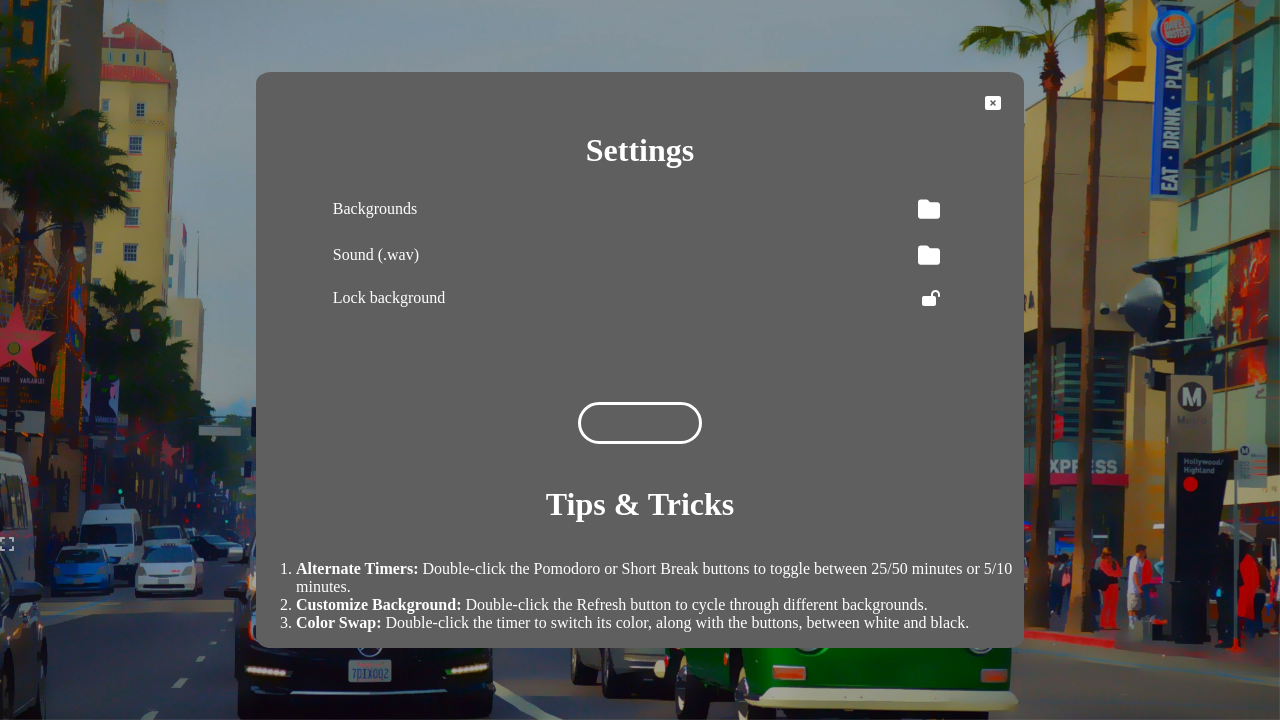
Repository: ttommytan/pomodoro
Page: /, after clicking the first element matching `svg.fa-gear`
An editor plug-in stored every save of this project. The page is shown before and after the next save, followed by the edit.
The browser window is 1280 px wide. The pictures show the whole page.
The project was rebuilt for these pictures with package versions that can differ from the ones it lists, and the page was loaded fresh each time. Also part of the build but not shown: vite.config.js, src/components/Test.jsx, src/components/SliderComponent.jsx. Imported but missing from the stored project, and not drawn on this page: src/assets/chime.wav.

Above is the page before, as saved 2024-08-27 17:16:28.

### index.html
<!doctype html>
<html lang="en">
  <head>
    <meta charset="UTF-8" />
    <link rel="icon" type="image/svg+xml" href="/vite.svg" />
    <meta name="viewport" content="width=device-width, initial-scale=1.0" />
    <title>Pomodoro Timer</title>
    <link rel="preconnect" href="https://fonts.googleapis.com">
    <link rel="preconnect" href="https://fonts.gstatic.com" crossorigin>
    <link href="https://fonts.googleapis.com/css2?family=Space+Grotesk:wght@300..700&display=swap" rel="stylesheet">
  </head>
  <body>
    <div id="root"></div>

    <script type="module" src="/src/main.jsx"></script>
  </body>
</html>

### src/App.jsx
import { useState } from 'react'
import Test from './components/Test'
import Countdown from './components/Countdown'
import SliderComponent from './components/SliderComponent'

function App() {
  const [count, setCount] = useState(0)

  return (
    <>

    <div className=''>
        <Countdown givenTime={1500}/>
    </div>
    </>
  )
}

export default App

### src/index.css
.big-container {
  top: 0;
  left: 0;
  width: 100%;
  height: 100%;
  position: absolute;
  display: grid;
  overflow: hidden;
  margin: 0;
  padding: 0;
  background-size: cover;
  background-repeat: no-repeat;
  background-attachment: fixed;
  background-position: center;

  grid-template-areas: "top-left top-mid top-right"
                       "mid-left mid-mid mid-right"
                       "bot-left bot-mid bot-right";
}

.containers-top-left, .containers-top-mid, .containers-top-right,
.containers-mid-left, .containers-mid-mid, .containers-mid-right,
.containers-bot-left, .containers-bot-mid, .containers-bot-right {
  width:500px;
  height: 300px;
  font-family: "Space Grotesk", sans-serif;
  font-weight: 400;
  display: flex;
  flex-direction: column;
  justify-content: space-evenly;
  align-items: center;
  position: absolute;
  top: 50%;
  left: 50%;
  transform: translate(-50%, -50%);
  padding: 10px;
  user-select: none;
  -moz-user-select: none;
  -khtml-user-select: none;
  -webkit-user-select: none;
  -o-user-select: none;
  z-index: 2;
}

.containers-top-left:hover, .containers-top-mid:hover, .containers-top-right:hover,
.containers-mid-left:hover, .containers-mid-mid:hover, .containers-mid-right:hover,
.containers-bot-left:hover, .containers-bot-mid:hover, .containers-bot-right:hover
{
  cursor: pointer;
}
.containers-top-left{
  grid-area: top-left;
  padding-top: 10%;
}
.containers-top-mid {
  grid-area: top-mid;
  padding-top: 10%;
}
.containers-top-right {
  grid-area: top-right;
  padding-top: 10%;
}

.containers-mid-left {
  grid-area: mid-left;
}
.containers-mid-mid {
  grid-area: mid-mid;
}
.containers-mid-right {
  grid-area: mid-right;
}


.containers-bot-left {
  grid-area: bot-left;
  padding-bottom: 10%;
}
.containers-bot-mid {
  grid-area: bot-mid;
  padding-bottom: 10%;
}
.containers-bot-right {
  grid-area: bot-right;
  padding-bottom: 10%;
}

.top-left, .top-mid, .top-right,
.mid-left, .mid-mid, .mid-right,
.bot-left, .bot-mid, .bot-right{
  height: 50%;
  width: 50%;
  margin:auto;
  border-radius: 20%;
  border: rgba(255, 255, 255, 0.637) .3em solid;
  opacity: 0;
  background-color: rgba(0, 0, 0, 0);
}

.top-left:hover, .top-mid:hover, .top-right:hover,
.mid-left:hover, .mid-mid:hover, .mid-right:hover,
.bot-left:hover, .bot-mid:hover, .bot-right:hover{
  opacity: 1;
}

.top-leftblack, .top-midblack, .top-rightblack,
.mid-leftblack, .mid-midblack, .mid-rightblack,
.bot-leftblack, .bot-midblack, .bot-rightblack{
  height: 50%;
  width: 50%;
  margin:auto;
  border-radius: 20%;
  border: rgba(0, 0, 0, 0.637) .3em solid;
  opacity: 0;
  background-color: rgba(0, 0, 0, 0);
}

.top-leftblack:hover, .top-midblack:hover, .top-rightblack:hover,
.mid-leftblack:hover, .mid-midblack:hover, .mid-rightblack:hover,
.bot-leftblack:hover, .bot-midblack:hover, .bot-rightblack:hover{
  opacity: 1;
}

.top-left {grid-area: top-left;}
.top-mid {grid-area: top-mid;}
.top-right {grid-area: top-right;}

.mid-left {grid-area: mid-left;}
.mid-mid {grid-area: mid-mid;}
.mid-right {grid-area: mid-right;}

.bot-left {grid-area: bot-left;}
.bot-mid {grid-area: bot-mid;}
.bot-right {grid-area: bot-right;}





.inner-element {
  font-size: 80px;
  flex-wrap: wrap;
  text-align: center;
  margin:0;

}


.time {
  margin: 0;
  color: white;
}

.timeblack {
  margin: 0;
  color: black;
}


.buttons, .buttonsactive, .pause-button {
  margin: 0 5px; /* Add some space between buttons */
  cursor: pointer;
  color: white;
  border-radius: 30px;
  width: 124px;
  height: 42px;
  font-size: 18px;
  box-shadow: none;
  border: solid white;
  background-color: rgba(255, 255, 255, 0);
  font-weight: 600;

}

.buttonsactive{
  background-color: white;
  color: black;
}
.buttons:hover{
  background-color: white;
  color: black
}
.pause-button:hover{
  background-color: rgba(255, 255, 255, 0);
  color: white;
}

.buttonsblack, .buttonsactiveblack, .pause-buttonblack {
  margin: 0 5px; /* Add some space between buttons */
  cursor: pointer;
  color: black;
  border-radius: 30px;
  width: 124px;
  height: 42px;
  font-size: 18px;
  box-shadow: none;
  border: solid black;
  background-color: rgba(255, 255, 255, 0);
  font-weight: 600;

}
.buttonsactiveblack{
  background-color: black;
  color: white;
}
.buttonsblack:hover{
  background-color: black;
  color: white
}

.pause-buttonblack:hover{
  background-color: rgba(255, 255, 255, 0);
  color: black;
}

.pause-button {
  width: 100px;
  background-color: white;
  color: black
}

.pause-buttonblack {
  width: 100px;
  background-color: black;
  color: white
}


.bg-img{
  width: 100%;
  height: 100%;
  display: block;
}


.top-buttons {
  transition: opacity .8s ease-in-out;
  opacity: 1;
  display: flex;
  align-items: center;
  gap: 10px;
}

.top-buttonshide {
  opacity: 0;
  transition: opacity .8s ease-in-out;
}




.slider-container {
  max-width: 600px;
  margin: auto;
}

.slide {
  padding: 20px;
  font-size: 18px;
  text-align: center;
}

.slick-dots li button:before {
  font-size: 12px;
  color: blue; /* Change this to the color you prefer */
}

.slick-dots li.slick-active button:before {
  color: red !important; /* Change this to the color you prefer */
}

.slick-prev:before,
.slick-next:before {
  color: black; /* Change this to the color you prefer */
}

.top-right{
  position: relative;
}

.settings{
  width: 40px;
  height: 40px;
  z-index: 1;
}

.outer-popup{
  position: fixed;
  top: 0;
  left: 0;
  width: 100%;
  height: 100vh;
  display: flex;
  justify-content: center;
  align-items: center;
  background-color: rgba(0, 0, 0, 0.332);
  z-index: 1000;
}

.inner-popup {
  background-color: rgb(96, 95, 95);
  width: 60%;
  height: 80%;
  display: flex;
  flex-direction: column;
  align-items: center;
  border-radius: 2%;
  z-index: 1001;
  color: white;
  ba
}

.exit{
  margin-top: 3%;
  margin-right: 3%;
  align-self: flex-end;
}
.settings-elements{
  width: 80%;
  display: flex;
  flex-direction: column;
  gap: 10px;

}
.settings-element{
  display: flex;
  align-items: center;
  justify-content: space-between;

}

.actual-btn {
  display: flex;
  flex-wrap: wrap;


  color: white;
  border-radius: 0.3rem;
  cursor: pointer;
  margin: 7px;
  justify-content: center;
  align-items: center;

}
.notification{
  position: absolute;
  bottom: 0;
  left: 0;
  background-color: white;
  padding: 1% 3%;;
  font-size: 18px;
  border-radius: 5px;
  margin-bottom: 1%;
  margin-left: 1%;
}

.icon-folder{
  width: 22px;
  height: 22px;
}
.save-container{
  flex:1;
  display: flex;
  flex-direction: column;
  justify-content:end;
}

.save{
  color: rgb(96, 95, 95);
  margin-bottom: 15%;
}
.save:hover, .exit:hover{
  cursor: pointer;
}
.refresh{
  width: 40px;
  height: 40px;
}

Loaded but not shown: src/main.jsx (common file); src/components/Countdown.jsx (615 lines, source omitted)

After the next save:
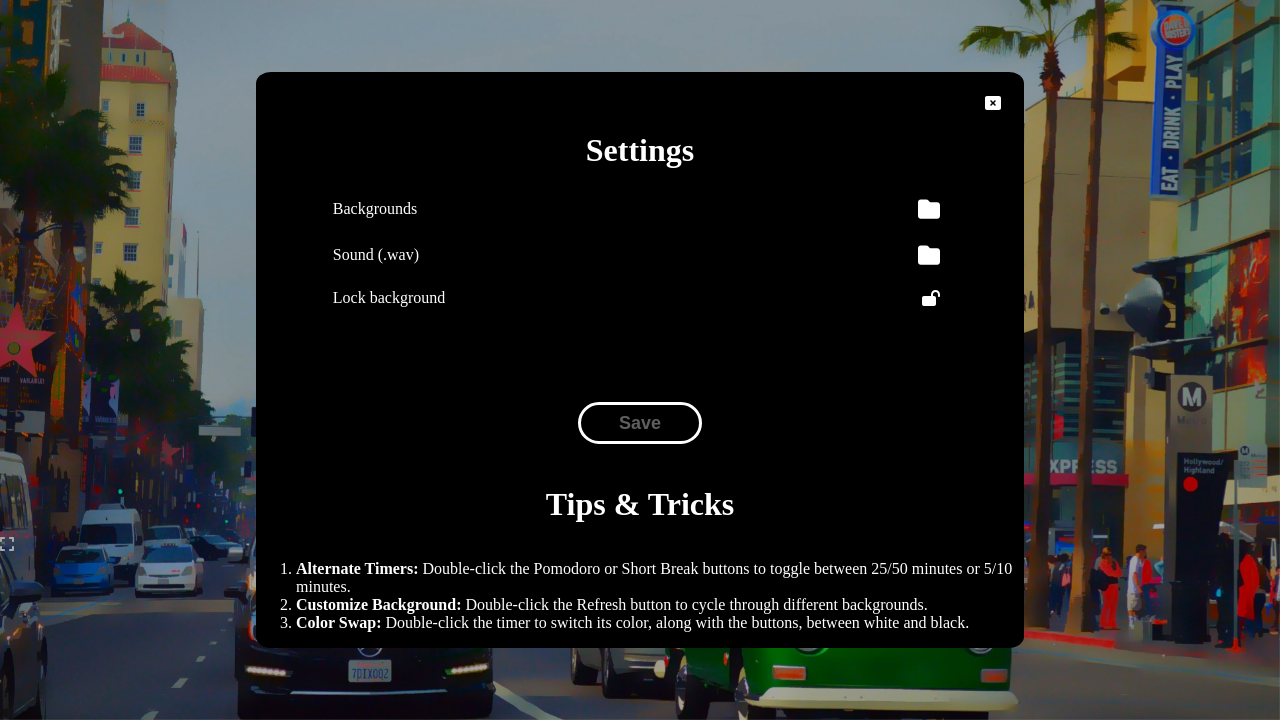
Saved 4 s later.
--- a/src/index.css
+++ b/src/index.css
@@ -307,7 +307,7 @@
   border-radius: 2%;
   z-index: 1001;
   color: white;
-  ba
+  background-color: black;
 }
 
 .exit{

After the save that followed:
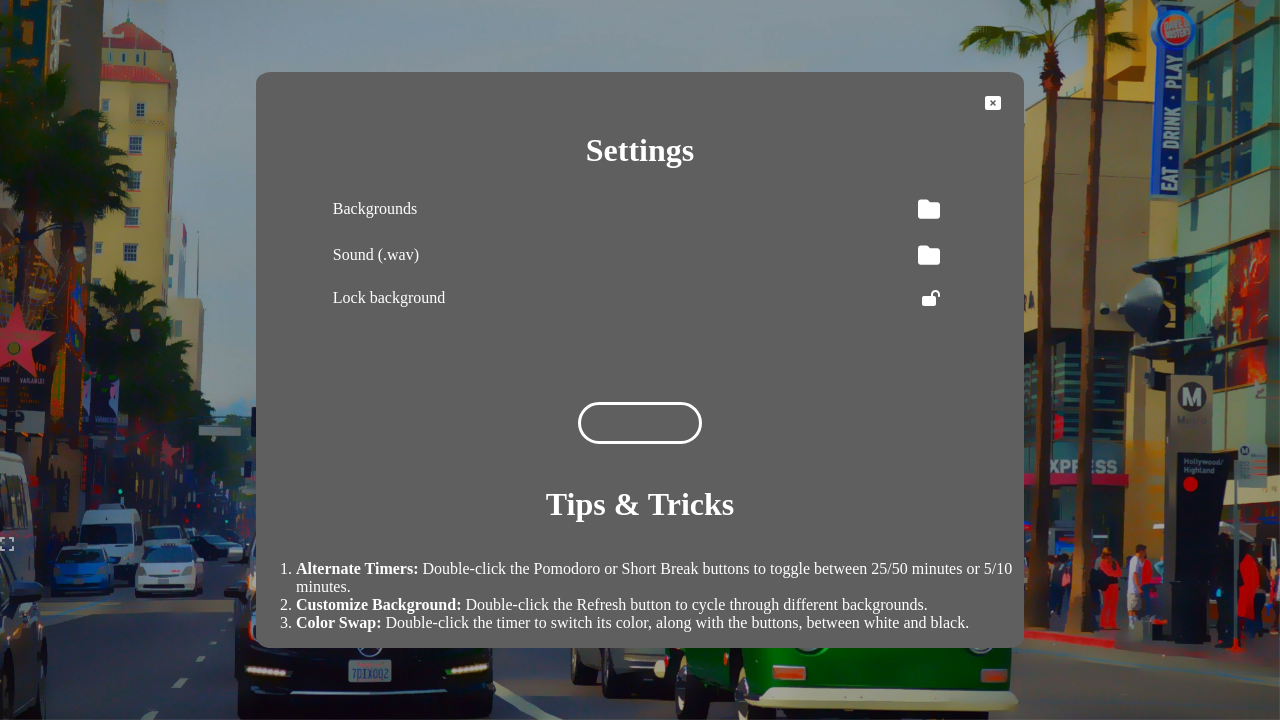
Saved 5 s later.
--- a/src/index.css
+++ b/src/index.css
@@ -307,7 +307,6 @@
   border-radius: 2%;
   z-index: 1001;
   color: white;
-  background-color: black;
 }
 
 .exit{
